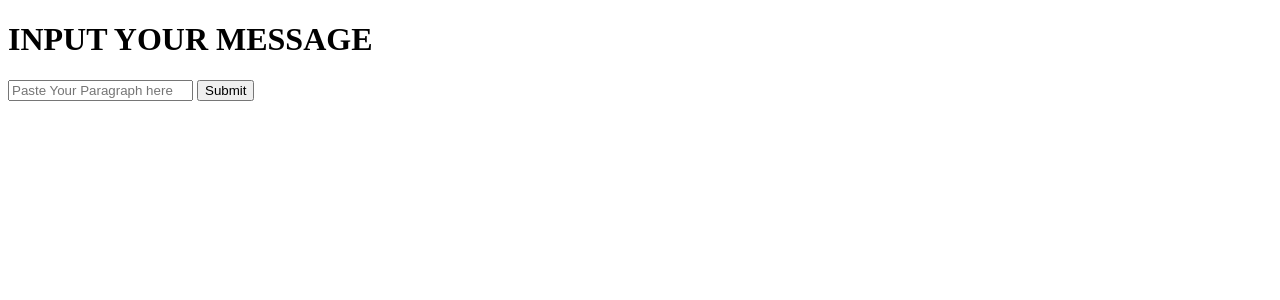
Repository: SharonSebastian32/Paragraph_management_application
Page: index.html
The author's editor kept a copy of each file at every save. The page is drawn from the files as they stood at one save, then again after a run of saves.
The browser window is 1280 px wide. The pictures show the whole page.

Above is the page before, as saved 2024-08-22 14:29:54.

After the next 3 saves:
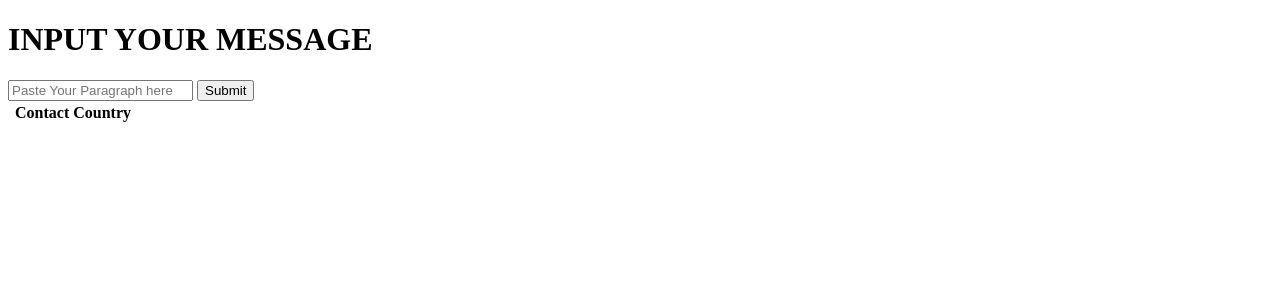
The 3 saves are shown as one change because they came seconds apart.
The last was saved 33 s later.
--- a/index.html
+++ b/index.html
@@ -17,7 +17,11 @@
         />
         <button>Submit</button>
         <table>
-
+            <tr>
+    <th></th>
+    <th>Contact</th>
+    <th>Country</th>
+  </tr>
         </table>
       </form>
     </div>
